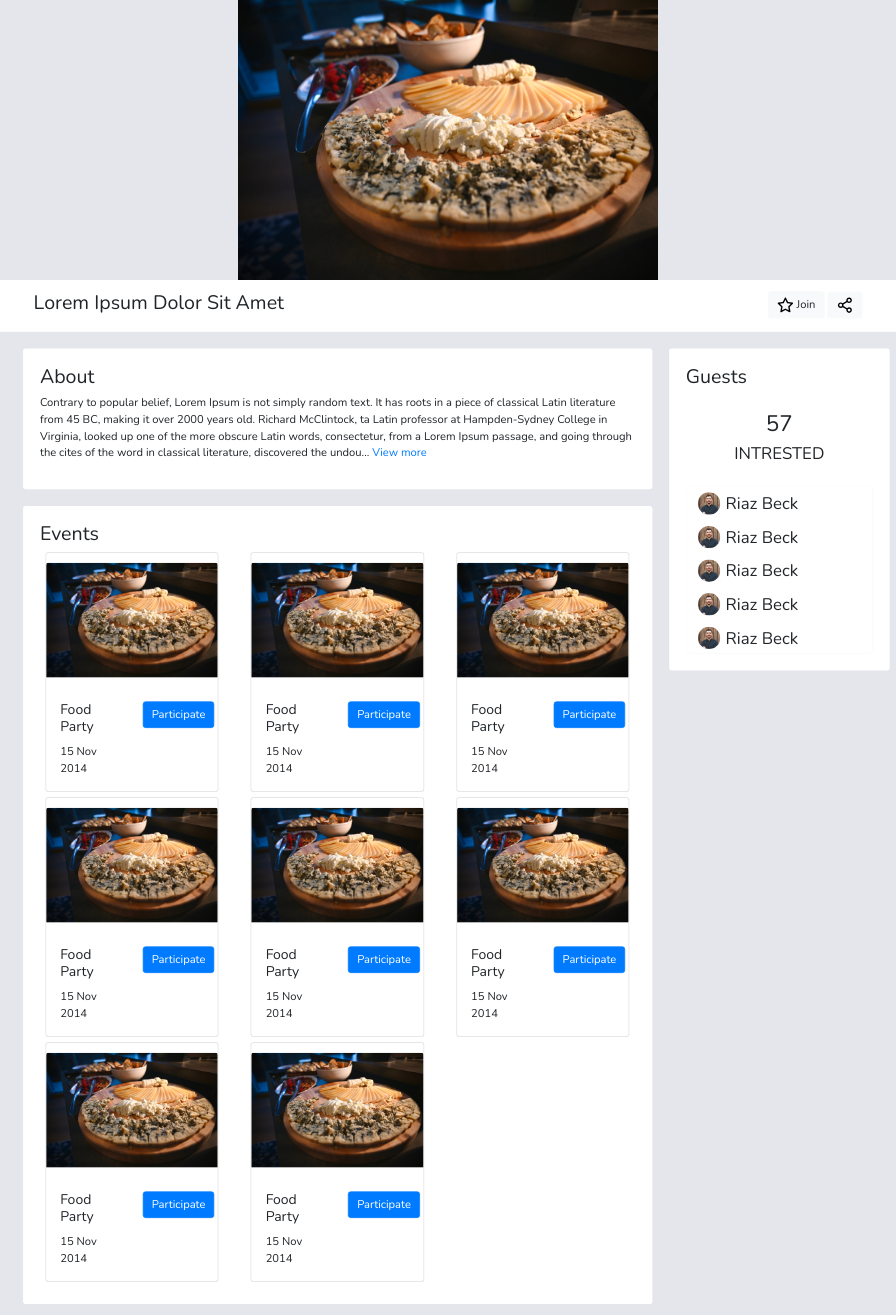
Repository: iamrachid/ensaevents
Page: club.html
An editor plug-in stored every save of this project. The page is shown before and after the next save, followed by the edit.
The browser window is 1280 px wide. The pictures show the whole page, at 70% of full size.

Above is the page before, as saved 2021-11-25 19:33:44.

After the next save:
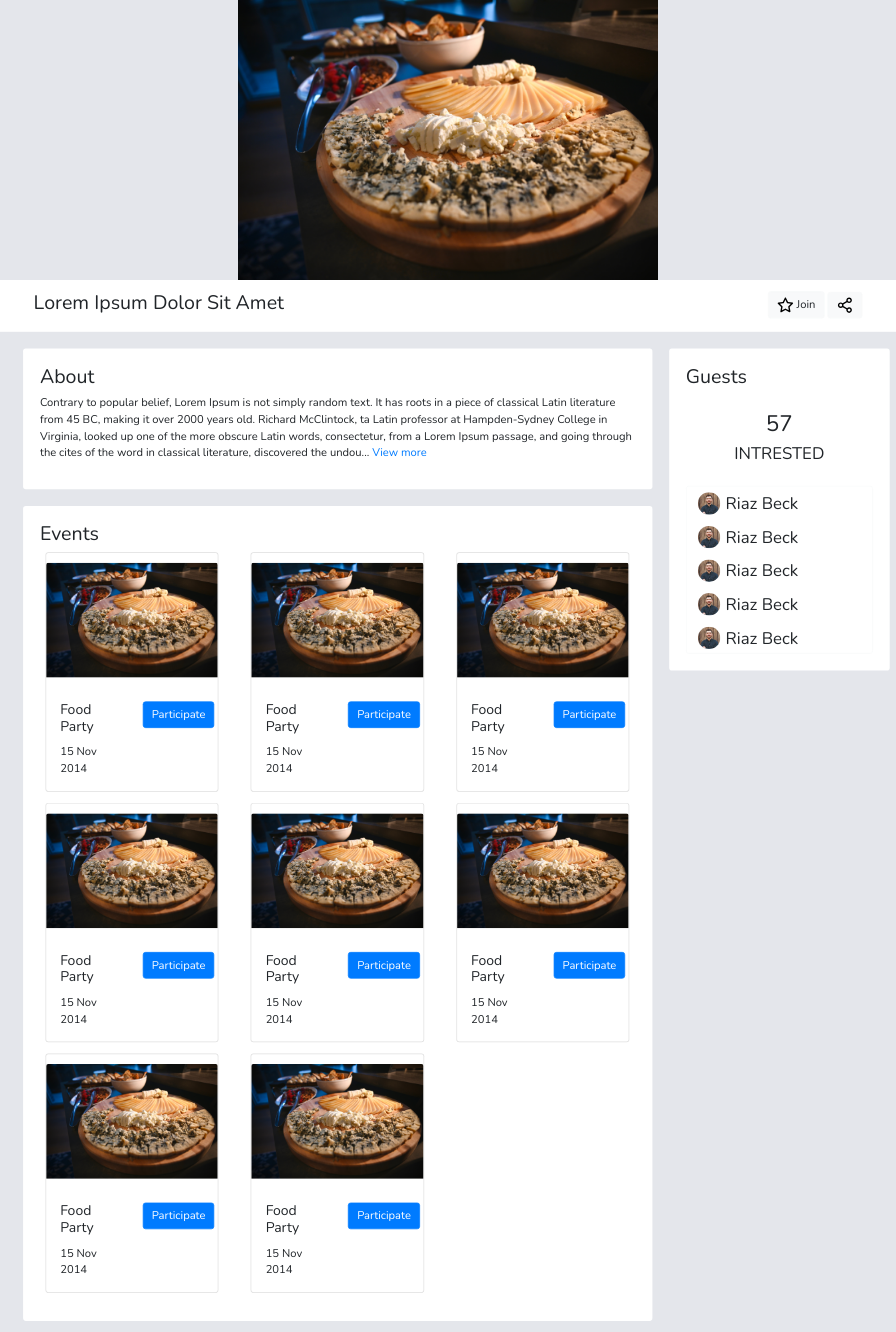
Saved 9 s later.
--- a/club.html
+++ b/club.html
@@ -108,7 +108,7 @@
                     <h3>Events</h3>
                     <div class="row">
                         <div class="col-12 col-sm-6 col-xl-4 col-lg-6 col-md-12"">
-                            <div class=" card rounded mx-0 mx-sm-1 mx-md-2 mb-2">
+                            <div class=" card rounded mx-0 mx-sm-1 mx-md-2 mb-3">
                             <div class="card-img-box">
                                 <img class="card-img-top" src="assets/img/card-1.jpg" alt="Card image cap">
                             </div>
@@ -124,7 +124,7 @@
                         </div>
                     </div>
                     <div class="col-12 col-sm-6 col-xl-4 col-lg-6 col-md-12"">
-                            <div class=" card rounded mx-0 mx-sm-1 mx-md-2 mb-2">
+                            <div class=" card rounded mx-0 mx-sm-1 mx-md-2 mb-3">
                         <div class="card-img-box">
                             <img class="card-img-top" src="assets/img/card-1.jpg" alt="Card image cap">
                         </div>
@@ -140,7 +140,7 @@
                     </div>
                 </div>
                 <div class="col-12 col-sm-6 col-xl-4 col-lg-6 col-md-12"">
-                            <div class=" card rounded mx-0 mx-sm-1 mx-md-2 mb-2">
+                            <div class=" card rounded mx-0 mx-sm-1 mx-md-2 mb-3">
                     <div class="card-img-box">
                         <img class="card-img-top" src="assets/img/card-1.jpg" alt="Card image cap">
                     </div>
@@ -156,7 +156,7 @@
                 </div>
             </div>
             <div class="col-12 col-sm-6 col-xl-4 col-lg-6 col-md-12"">
-                            <div class=" card rounded mx-0 mx-sm-1 mx-md-2 mb-2">
+                            <div class=" card rounded mx-0 mx-sm-1 mx-md-2 mb-3">
                 <div class="card-img-box">
                     <img class="card-img-top" src="assets/img/card-1.jpg" alt="Card image cap">
                 </div>
@@ -172,7 +172,7 @@
             </div>
         </div>
         <div class="col-12 col-sm-6 col-xl-4 col-lg-6 col-md-12"">
-                            <div class=" card rounded mx-0 mx-sm-1 mx-md-2 mb-2">
+                            <div class=" card rounded mx-0 mx-sm-1 mx-md-2 mb-3">
             <div class="card-img-box">
                 <img class="card-img-top" src="assets/img/card-1.jpg" alt="Card image cap">
             </div>
@@ -188,7 +188,7 @@
         </div>
     </div>
     <div class="col-12 col-sm-6 col-xl-4 col-lg-6 col-md-12"">
-                            <div class=" card rounded mx-0 mx-sm-1 mx-md-2 mb-2">
+                            <div class=" card rounded mx-0 mx-sm-1 mx-md-2 mb-3">
         <div class="card-img-box">
             <img class="card-img-top" src="assets/img/card-1.jpg" alt="Card image cap">
         </div>
@@ -204,7 +204,7 @@
     </div>
     </div>
     <div class="col-12 col-sm-6 col-xl-4 col-lg-6 col-md-12"">
-                            <div class=" card rounded mx-0 mx-sm-1 mx-md-2 mb-2">
+                            <div class=" card rounded mx-0 mx-sm-1 mx-md-2 mb-3">
         <div class="card-img-box">
             <img class="card-img-top" src="assets/img/card-1.jpg" alt="Card image cap">
         </div>
@@ -220,7 +220,7 @@
     </div>
     </div>
     <div class="col-12 col-sm-6 col-xl-4 col-lg-6 col-md-12"">
-                            <div class=" card rounded mx-0 mx-sm-1 mx-md-2 mb-2">
+                            <div class=" card rounded mx-0 mx-sm-1 mx-md-2 mb-3">
         <div class="card-img-box">
             <img class="card-img-top" src="assets/img/card-1.jpg" alt="Card image cap">
         </div>
